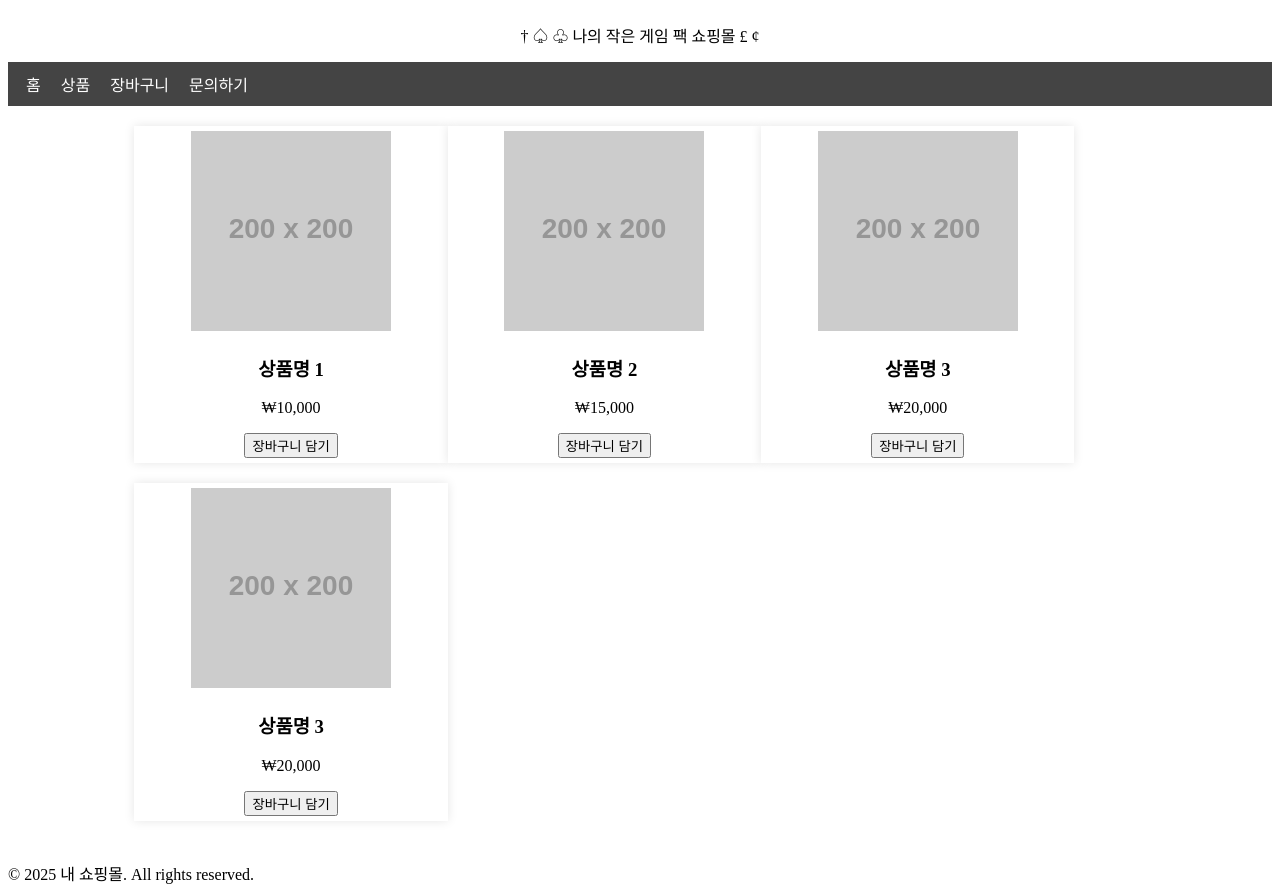
Repository: SeungYeon04/A_AssetsJSP
Page: http://localhost/JSP_Start01/
These files come from the project's save history. The page is drawn as it stood at one moment and after the next save; the edit follows.
The browser window is 1280 px wide. The pictures show the whole page.
Some web fonts or font styles are not loaded; a fallback is used. The page is served by Tomcat 9.

Above is the page before, as saved 2025-03-11 05:53:54.

After the next save:
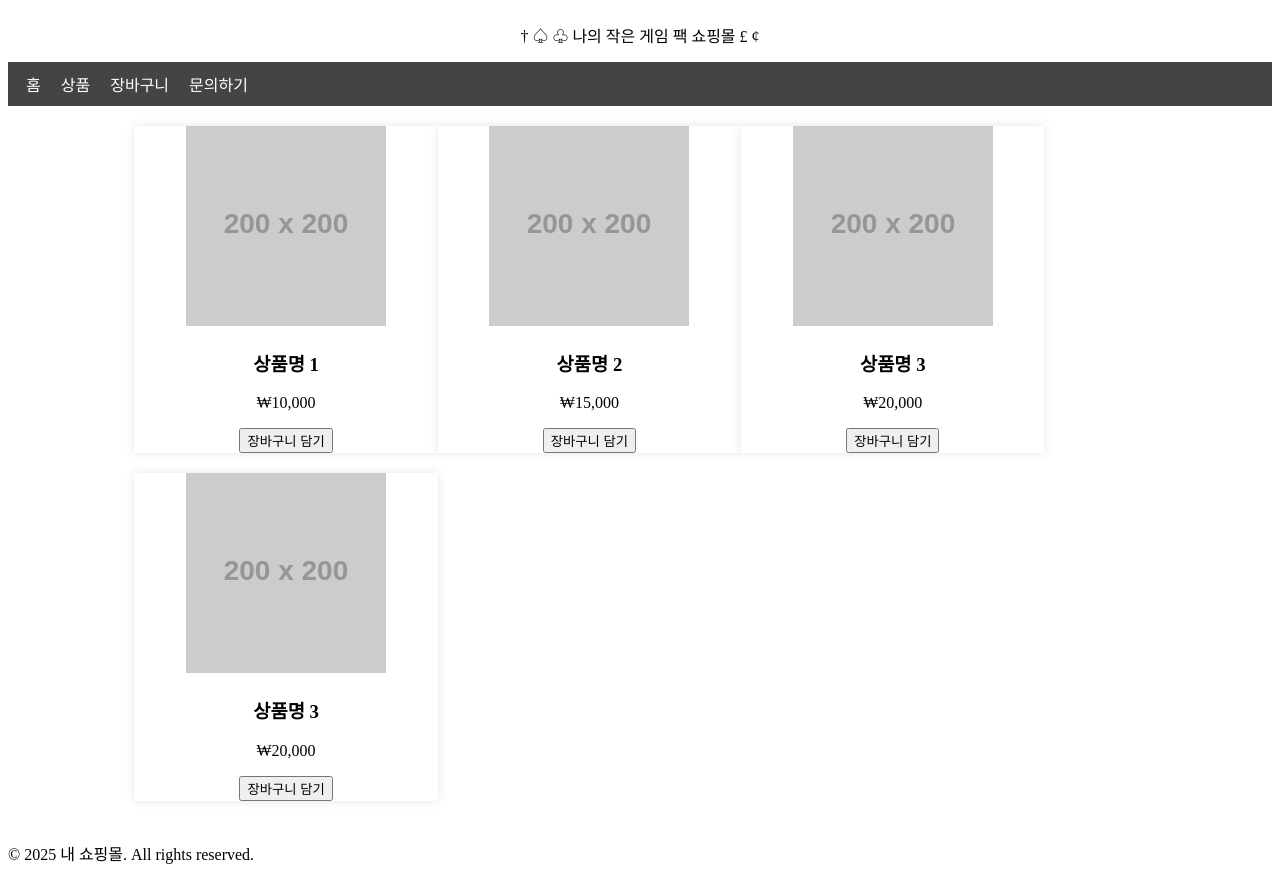
Saved 15 s later.
--- a/JSP_Start01/src/main/webapp/index.jsp
+++ b/JSP_Start01/src/main/webapp/index.jsp
@@ -95,7 +95,7 @@
 		.product {
 			width: 30%;
 			background: white;
-			padding: 5px;
+
 			box-shadow: 0 0 10px rgba(0, 0, 0, 0.1);
 			margin-bottom: 20px;
 			text-align: center;
